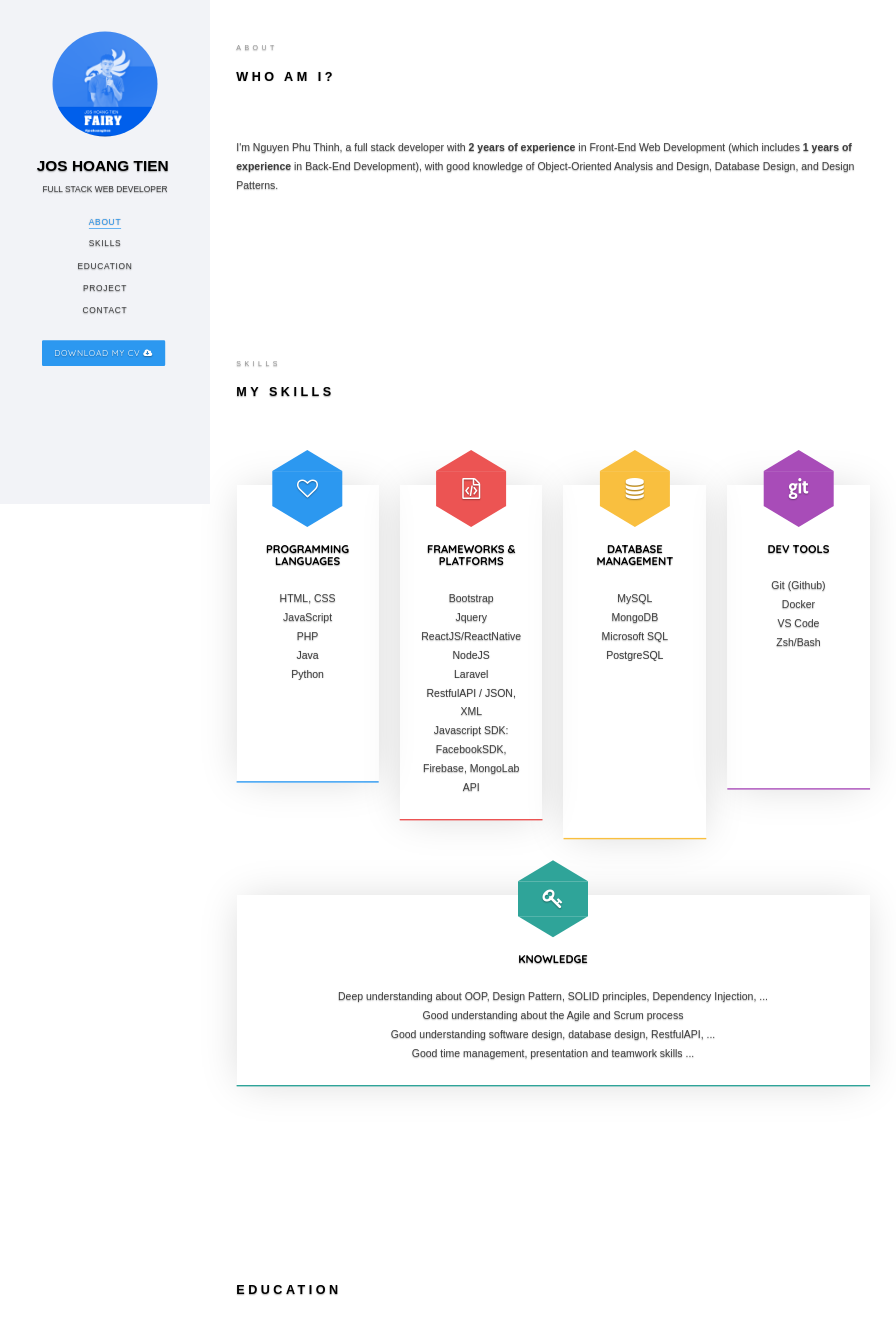
Repository: thinhnpptit/my-cv
Page: index.html
An editor plug-in stored every save of this project. The page is shown before and after the next save, followed by the edit.
The browser window is 1280 px wide. The pictures show the part of the page from y = 0 to 1920 px (the page is 4275 px tall), at 70% of full size.
Some web fonts or font styles are not loaded; a fallback is used.

Above is the page before, as saved 2021-06-22 22:14:13.
Console error: TypeError: $(...).stick_in_parent is not a function

### index.html

<!DOCTYPE HTML>
<html>
	<head>
	<meta charset="utf-8">
	<meta http-equiv="X-UA-Compatible" content="IE=edge">
	<title>MY CV</title>
	<meta name="viewport" content="width=device-width, initial-scale=1">
	<meta name="description" content="" />
	<meta name="keywords" content="" />
	<meta name="author" content="" />

  <!-- Facebook and Twitter integration -->
	<meta property="og:title" content=""/>
	<meta property="og:image" content=""/>
	<meta property="og:url" content=""/>
	<meta property="og:site_name" content=""/>
	<meta property="og:description" content=""/>
	<meta name="twitter:title" content="" />
	<meta name="twitter:image" content="" />
	<meta name="twitter:url" content="" />
	<meta name="twitter:card" content="" />

	<!-- Place favicon.ico and apple-touch-icon.png in the root directory -->
	<link rel="shortcut icon" href="favico.png">

	<link href="https://fonts.googleapis.com/css?family=Quicksand:300,400,500,700" rel="stylesheet">
	<link href="https://fonts.googleapis.com/css?family=Playfair+Display:400,400i,700" rel="stylesheet">

	<!-- Animate.css -->
	<link rel="stylesheet" href="css/animate.css">
	<!-- Icomoon Icon Fonts-->
	<link rel="stylesheet" href="css/icomoon.css">
	<!-- Bootstrap  -->
	<link rel="stylesheet" href="css/bootstrap.css">
	<!-- Flexslider  -->
	<link rel="stylesheet" href="css/flexslider.css">
	<!-- Flaticons  -->
	<link rel="stylesheet" href="fonts/flaticon/font/flaticon.css">
	<!-- Owl Carousel -->
	<link rel="stylesheet" href="css/owl.carousel.min.css">
	<link rel="stylesheet" href="css/owl.theme.default.min.css">
	<!-- Theme style  -->
	<link rel="stylesheet" href="css/style.css">
	<!-- Font Waresome -->
	<link rel="stylesheet" href="https://cdnjs.cloudflare.com/ajax/libs/font-awesome/4.7.0/css/font-awesome.min.css">

	<!-- Modernizr JS -->
	<script src="js/modernizr-2.6.2.min.js"></script>
	<!-- FOR IE9 below -->
	<!--[if lt IE 9]>
	<script src="js/respond.min.js"></script>
	<![endif]-->

	</head>
	<body>
	<div id="colorlib-page">
		<div class="container-wrap">
		<a href="#" class="js-colorlib-nav-toggle colorlib-nav-toggle" data-toggle="collapse" data-target="#navbar" aria-expanded="false" aria-controls="navbar"><i></i></a>
		<aside id="colorlib-aside" role="complementary" class="border js-fullheight">
			<div class="text-center">
				<div class="author-img" style="background-image: url(images/avatar.jpg);"></div>
				<h1 id="colorlib-logo"><a href="index.html">JOS HOANG TIEN</a></h1>
				<span class="position">Full Stack Web Developer</span>
			</div>
			<nav id="colorlib-main-menu" role="navigation" class="navbar">
				<div id="navbar" class="collapse">
					<ul>
						<li class="active"><a href="#" data-nav-section="about">About</a></li>
						<li><a href="#" data-nav-section="skills">Skills</a></li>
						<li><a href="#" data-nav-section="education">Education</a></li>
						<li><a href="#" data-nav-section="experience">Project</a></li>
						<li><a href="#" data-nav-section="contact">Contact</a></li>
					</ul>
				</div>
			</nav>

			<div class="colorlib-footer">
				<a href="https://github.com/lamsaodecode/cv/blob/master/cv.pdf" target="_blank" class="btn btn-primary btn-learn text-center">Download My CV <i class="fa fa-cloud-download" aria-hidden="true"></i></a>
			</div>

		</aside>

		<div id="colorlib-main">
			<section class="colorlib-about" data-section="about">
				<div class="colorlib-narrow-content">
					<div class="row">
						<div class="col-md-12">
							<div class="row row-bottom-padded-sm animate-box" data-animate-effect="fadeInLeft">
								<div class="col-md-12">
									<div class="about-desc">
										<span class="heading-meta">ABOUT</span>
										<h2 class="colorlib-heading">Who Am I?</h2>
										<p>I'm Nguyen Phu Thinh, a full stack developer with <strong>2 years of experience</strong> in Front-End Web Development (which includes <strong>1 years of experience</strong> in Back-End Development), with good knowledge of Object-Oriented
											Analysis and Design, Database Design, and Design Patterns.</p>
										<!-- <p>Learning new languages and technologies is what I am passionate about (I self-taught Django with 3 weeks). I am considered a team-player because I like to help other and tend to work well within groups. I can also do some mentoring tasks and do code reviewing for other team members.</p> -->
										<!-- <span>Target: -->
										</span>
									</div>
								</div>
							</div>
						</div>
					</div>
				</div>
			</section>


			<section class="colorlib-skills" data-section="skills">
				<div class="colorlib-narrow-content">
					<div class="row">
						<div class="col-md-6 col-md-offset-3 col-md-pull-3 ">
							<span class="heading-meta">SKILLS</span>
							<h2 class="colorlib-heading">MY SKILLS</h2>
						</div>
					</div>
					<div class="row row-pt-md">
						<div class="col-md-3 text-center animate-box">
							<div class="services color-1">
								<span class="icon">
									<i class="fa fa-heart-o" aria-hidden="true"></i>
								</span>
								<div class="desc">
									<h3>PROGRAMMING LANGUAGES</h3>
									<ul>
										<li>HTML, CSS</li>
										<li>JavaScript</li>
										<li>PHP</li>
										<li>Java</li>
										<li>Python</li>
										<br>
										<br>
										<br>
									</ul>
									<br>
								</div>
							</div>
						</div>
						<div class="col-md-3 text-center animate-box">
							<div class="services color-2">
								<span class="icon">
									<i class="fa fa-file-code-o" aria-hidden="true"></i>
								</span>
								<div class="desc">
									<h3>FRAMEWORKS & PLATFORMS
									</h3>
									<ul>
										<li>Bootstrap</li>
										<li>Jquery</li>
										<li>ReactJS/ReactNative</li>
										<li>NodeJS</li>
										<li>Laravel</li>
										<li>RestfulAPI / JSON, XML</li>
										<li>Javascript SDK: FacebookSDK, Firebase, MongoLab API</li>
									</ul>
								</div>
							</div>
						</div>
						<div class="col-md-3 text-center animate-box">
							<div class="services color-3">
								<span class="icon">
									<i class="fa fa-database" aria-hidden="true"></i>
								</span>
								<div class="desc">
									<h3>Database Management</h3>
									<ul>
										<li>MySQL</li>
										<li>MongoDB</li>
										</li>Microsoft SQL</li>
										<li>PostgreSQL</li>
										<br>
										<br>
										<br>
										<br>
										<br>
										<br>
										<br>
										<br>
									</ul>
								</div>
							</div>
						</div>
						<div class="col-md-3 text-center animate-box">
							<div class="services color-4">
								<span class="icon">
									<i class="fa fa-git" aria-hidden="true"></i>
								</span>
								<div class="desc">
									<h3>Dev Tools</h3>
									<ul>
										<li>Git (Github)</li>
										<li>Docker</li>
										<li>VS Code</li>
										<li>Zsh/Bash</li>
										<br>
										<br>
										<br>
										<br>
										<br>
										<br>
									</ul>
								</div>
							</div>
						</div>
						<div class="col-md-12 text-center animate-box">
							<div class="services color-5">
								<span class="icon">
									<i class="fa fa-key" aria-hidden="true"></i>
								</span>
								<div class="desc">
									<h3>KNOWLEDGE</h3>
									<ul>
										<li>Deep understanding about OOP, Design Pattern, SOLID principles, Dependency Injection, ...</li>
										<li>Good understanding about the Agile and Scrum process</li>
										<li>Good understanding software design, database design, RestfulAPI, ...</li>
										<li>Good time management, presentation and teamwork skills ...</li>
									</ul>
								</div>
							</div>
						</div>
					</div>
				</div>
			</section>



			<section class="colorlib-education" data-section="education">
				<div class="colorlib-narrow-content">
					<div class="row">
						<div class="col-md-6 col-md-offset-3 col-md-pull-3 animate-box" data-animate-effect="fadeInLeft">
							<h2 class="colorlib-heading animate-box">EDUCATION</h2>
						</div>
					</div>
					<div class="row">
						<div class="col-md-12 animate-box" data-animate-effect="fadeInLeft">
							<div class="fancy-collapse-panel">
								<div class="panel-group" id="accordion" role="tablist" aria-multiselectable="true">
									<div class="panel panel-default">
									    <div class="panel-heading" role="tab" id="headingOne">
									        <h4 class="panel-title">
									            <a data-toggle="collapse" data-parent="#accordion" href="#collapseOne" aria-expanded="true" aria-controls="collapseOne">2015 - 2018</a>
									        </h4>
									    </div>
									    <div id="collapseOne" class="panel-collapse collapse in" role="tabpanel" aria-labelledby="headingOne">
									         <div class="panel-body">
									            <div class="row">
										      		<div class="col-md-6">
														  <p>Currently a former student of FPT University</p>
														  <p>Team leader in the Capstone Project. Highest Capstone Project score in that semester.</p>
										      		</div>
										      		<div class="col-md-6">
										      			<p>FPT University, Vietnam</p>
										      		</div>
										      	</div>
									         </div>
									    </div>
									</div>
								</div>
							</div>

						</div>
					</div>
					<div class="row">
						<div class="col-md-12 animate-box" data-animate-effect="fadeInLeft">
							<div class="fancy-collapse-panel">
								<div class="panel-group" id="accordion" role="tablist" aria-multiselectable="true">
									<div class="panel panel-default">
									    <div class="panel-heading" role="tab" id="headingOne">
									        <h4 class="panel-title">
									            <a data-toggle="collapse" data-parent="#accordion" href="#collapseOne" aria-expanded="true" aria-controls="collapseOne">2019 - 2021</a>
									        </h4>
									    </div>
									    <div id="collapseOne" class="panel-collapse collapse in" role="tabpanel" aria-labelledby="headingOne">
									         <div class="panel-body">
									            <div class="row">
										      		<div class="col-md-6">
														  <p>Currently a student at Bach Khoa Aptech School</p>
														  <p>Participated in The Face contests</p>
										      		</div>
										      		<div class="col-md-6">
										      			<p>Bach Khoa Aptech Educational System</p>
										      		</div>
										      	</div>
									         </div>
									    </div>
									</div>
								</div>
							</div>

						</div>
					</div>
				</div>
			</section>

			<section class="colorlib-experience" data-section="experience">
				<div class="colorlib-narrow-content">
					<div class="row">
						<div class="col-md-6 col-md-offset-3 col-md-pull-3 animate-box" data-animate-effect="fadeInLeft">
							<h2 class="colorlib-heading animate-box">EXPERIENCES</h2>
						</div>
					</div>
					<div class="row">
						<div class="col-md-12">
				         <div class="timeline-centered">
					         <article class="timeline-entry animate-box" data-animate-effect="fadeInLeft">
					            <div class="timeline-entry-inner">
					               <div class="timeline-icon color-1">
										<i class="fa fa-pencil-square-o" aria-hidden="true"></i>
					               </div>

					               <div class="timeline-label">
					                  	<h2><a href="#">08/2016</a><span></span></h2>
										<p><strong>Project:</strong> Social Forum</p>
										<p><strong>Project Description:</strong> A free forum that provides lessons, fun activities, sharing experiences, and more. Interact whenever you want.</p>
										<p><strong>Team Size:</strong> 1</p>
										<p><strong>Accomplishments:</strong> Learned the optimization of each command line, the frameworks of each command line at execution</p>
										<p><strong>Technologies:</strong> HTML/CSS/JavaScript, Jquery, PHP, MySQL</p>
										<!-- <div class="text-center">
											<a name="" id="" class="btn btn-primary" href="#" role="button">View Page</a>
										</div> -->
										<div class="list-img text-center">
											<!-- Images -->
										</div>
								   </div>
								   <br>
								</div>
					         </article>
					      </div>
					   </div>
					   <div class="col-md-12">
						<div class="timeline-centered">
							<article class="timeline-entry animate-box" data-animate-effect="fadeInLeft">
							   <div class="timeline-entry-inner">
								  <div class="timeline-icon color-1">
										<i class="fa fa-pencil-square-o" aria-hidden="true"></i>
								  </div>

								  <div class="timeline-label">
										<h2><a href="#">2018 - PRESENT</a><span></span></h2>
									   <p>Join project development with the team</p>
									   <p>Teaching assistant at vteam</p>
									   <!-- <div class="text-center">
										   <a name="" id="" class="btn btn-primary" href="#" role="button">View Page</a>
									   </div> -->
									   <div class="list-img text-center">
										   <!-- Image -->
									   </div>
								  </div>
								  <br>
							   </div>
							</article>
						 </div>
					  </div>
				   </div>
				</div>
			</section>

			<section class="colorlib-contact" data-section="contact">
				<div class="colorlib-narrow-content">
					<div class="row">
						<div class="col-md-6 col-md-offset-3 col-md-pull-3 animate-box" data-animate-effect="fadeInLeft">
							<span class="heading-meta">CONTACT</span>
							<h2 class="colorlib-heading">My Contact</h2>
						</div>
					</div>
					<div class="row">
						<div class="col-md-12">
							<div class="colorlib-feature colorlib-feature-sm animate-box" data-animate-effect="fadeInLeft">
								<div class="colorlib-icon">
									<i class="fa fa-envelope-o" aria-hidden="true"></i>
								</div>
								<div class="colorlib-text">
									<p><a href="mailto:hoangtienaptech@gmail.com">hoangtienaptech@gmail.com</a></p>
								</div>
							</div>
							<div class="colorlib-feature colorlib-feature-sm animate-box" data-animate-effect="fadeInLeft">
								<div class="colorlib-icon">
									<i class="fa fa-map-marker" aria-hidden="true"></i>
								</div>
								<div class="colorlib-text">
									<p><a href="">238 Hoang Quoc Viet, Bac Tu Lien, Hanoi</a></p>
								</div>
							</div>
							<div class="colorlib-feature colorlib-feature-sm animate-box" data-animate-effect="fadeInLeft">
								<div class="colorlib-icon">
									<i class="fa fa-phone" aria-hidden="true"></i>
								</div>
								<div class="colorlib-text">
									<p><a href="tel:+84393932114">+84393932114</a></p>
								</div>
							</div>
						</div>
					</div>
				</div>
			</section>

		</div><!-- end:colorlib-main -->
	</div><!-- end:container-wrap -->
	</div><!-- end:colorlib-page -->

	<!-- jQuery -->
	<script src="js/jquery.min.js"></script>
	<!-- jQuery Easing -->
	<script src="js/jquery.easing.1.3.js"></script>
	<!-- Bootstrap -->
	<script src="js/bootstrap.min.js"></script>
	<!-- Waypoints -->
	<script src="js/jquery.waypoints.min.js"></script>
	<!-- Flexslider -->
	<script src="js/jquery.flexslider-min.js"></script>
	<!-- Owl carousel -->
	<script src="js/owl.carousel.min.js"></script>
	<!-- Counters -->
	<script src="js/jquery.countTo.js"></script>

	<!-- MAIN JS -->
	<script src="js/main.js"></script>

	</body>
</html>

Loaded but not shown: css/animate.css (library); css/bootstrap.css (library); css/owl.carousel.min.css (library); css/owl.theme.default.min.css (common file); js/modernizr-2.6.2.min.js (library); js/jquery.min.js (library); js/jquery.easing.1.3.js (library); js/bootstrap.min.js (library); js/jquery.waypoints.min.js (library); js/jquery.flexslider-min.js (library); js/owl.carousel.min.js (library); js/jquery.countTo.js (library); js/main.js (310 lines, source omitted); css/style.css (1971 lines, source omitted); css/flexslider.css (275 lines, source omitted)

After the next save:
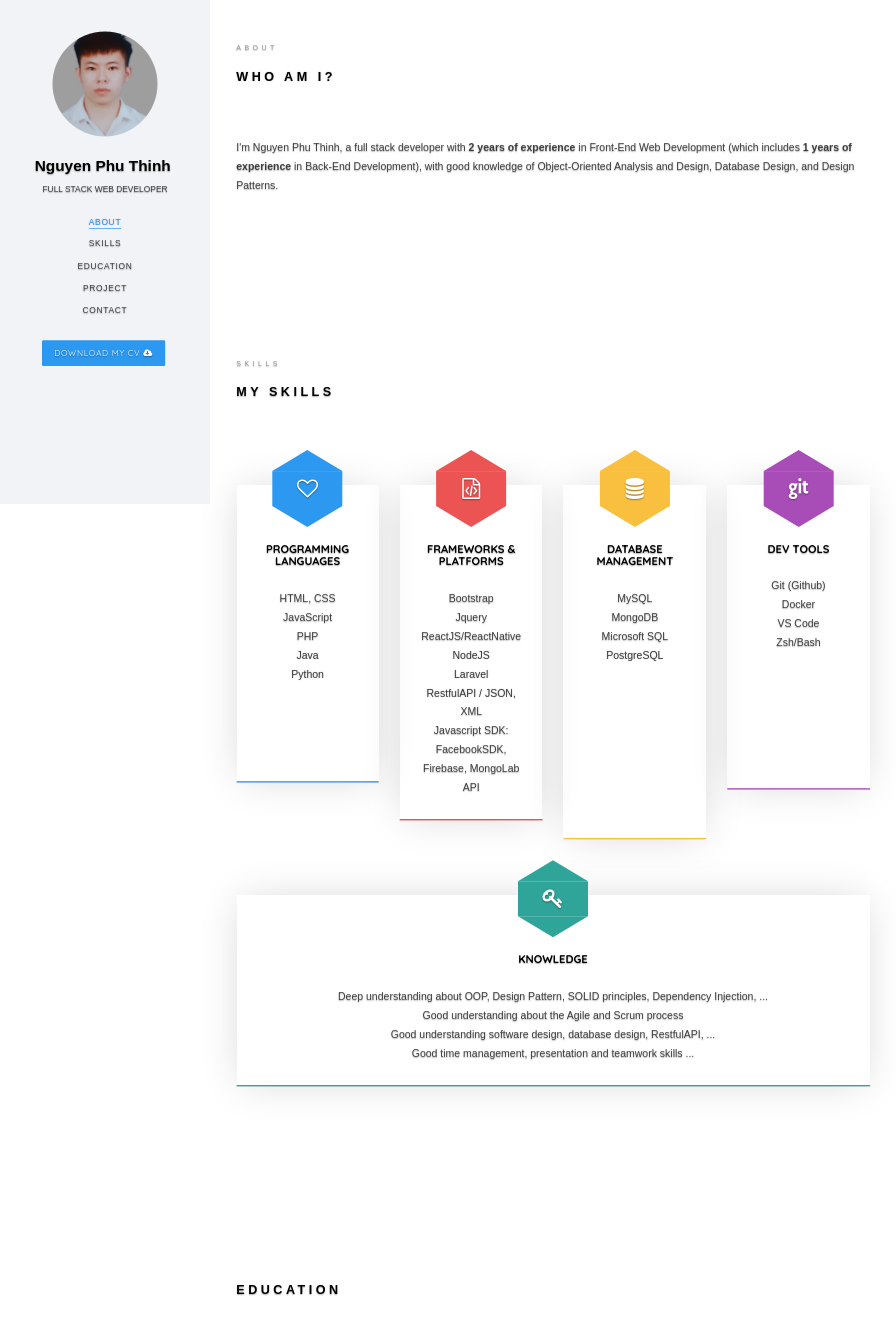
Saved 2 min 50 s later.
--- a/index.html
+++ b/index.html
@@ -59,8 +59,8 @@
 		<a href="#" class="js-colorlib-nav-toggle colorlib-nav-toggle" data-toggle="collapse" data-target="#navbar" aria-expanded="false" aria-controls="navbar"><i></i></a>
 		<aside id="colorlib-aside" role="complementary" class="border js-fullheight">
 			<div class="text-center">
-				<div class="author-img" style="background-image: url(images/avatar.jpg);"></div>
-				<h1 id="colorlib-logo"><a href="index.html">JOS HOANG TIEN</a></h1>
+				<div class="author-img" style="background-image: url(images/avatar.png);"></div>
+				<h1 id="colorlib-logo"><a href="index.html">Nguyen Phu Thinh</a></h1>
 				<span class="position">Full Stack Web Developer</span>
 			</div>
 			<nav id="colorlib-main-menu" role="navigation" class="navbar">
@@ -76,7 +76,7 @@
 			</nav>
 
 			<div class="colorlib-footer">
-				<a href="https://github.com/lamsaodecode/cv/blob/master/cv.pdf" target="_blank" class="btn btn-primary btn-learn text-center">Download My CV <i class="fa fa-cloud-download" aria-hidden="true"></i></a>
+				<a href="" target="_blank" class="btn btn-primary btn-learn text-center">Download My CV <i class="fa fa-cloud-download" aria-hidden="true"></i></a>
 			</div>
 
 		</aside>
